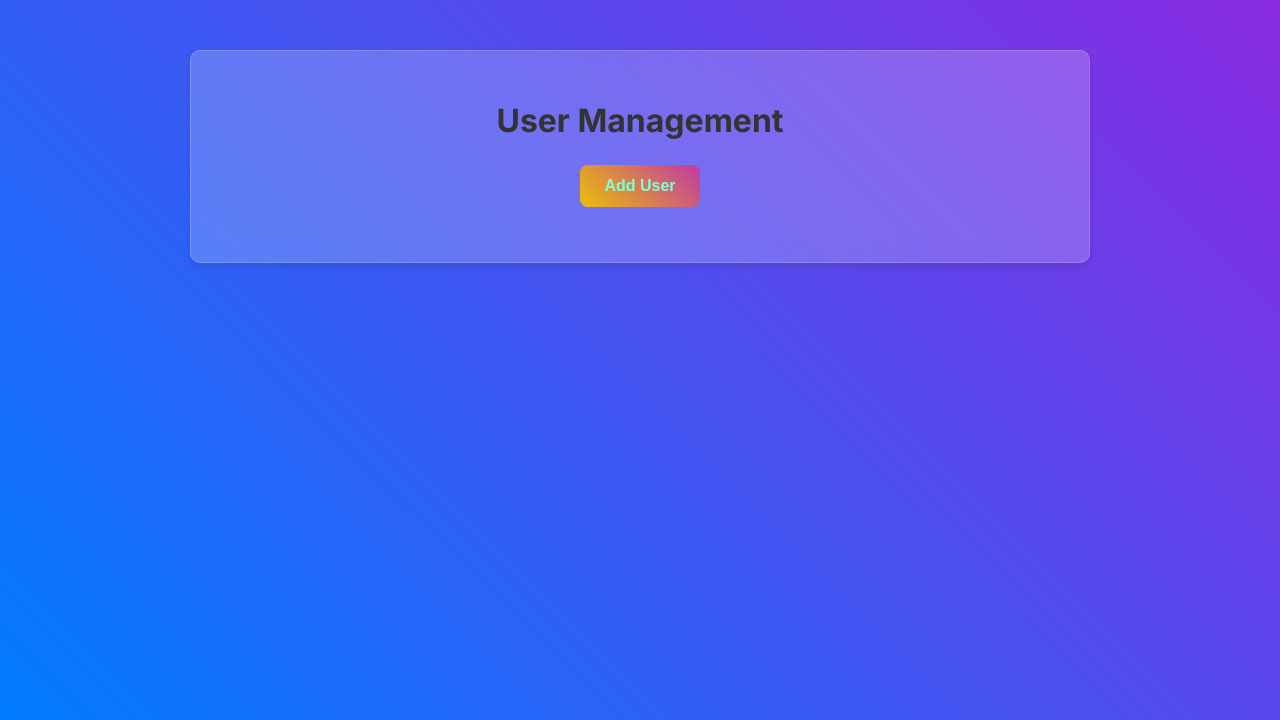
Repository: EeeeeEyyyy/crud-proj
Page: /
An editor plug-in stored every save of this project. The page is shown before and after the next save, followed by the edit.
The browser window is 1280 px wide. The pictures show the whole page.
The page's requests for data from a server got no answer. The project was rebuilt for these pictures with package versions that can differ from the ones it lists, and the page was loaded fresh each time. The framework's server and built-in components were replaced by stand-ins that run in the browser. No one was signed in, and anything a server would have sent is missing. Also part of the build but not shown: next.config.mjs.

Above is the page before, as saved 2024-06-25 08:42:53.

After the next save:
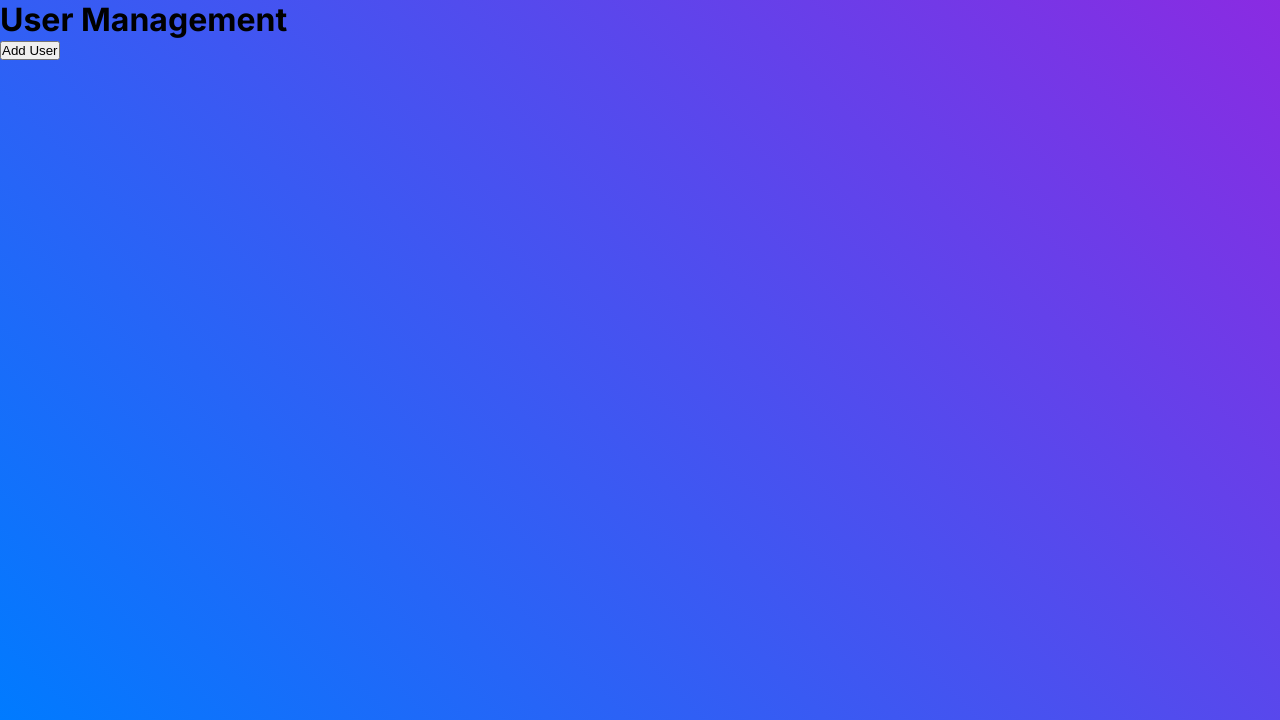
Saved 93 s later.
--- a/src/app/globals.css
+++ b/src/app/globals.css
@@ -17,6 +17,11 @@
   padding: 0;
   font-family: Arial, sans-serif;
 }
+        @font-face {
+            font-family: 'Waltograph';
+            src: url('fonts/Waltograph-Regular.ttf') format('truetype');
+            font-weight: normal;
+            font-style: normal;
 a {
   color: inherit;
   text-decoration: none;

After the save that followed:
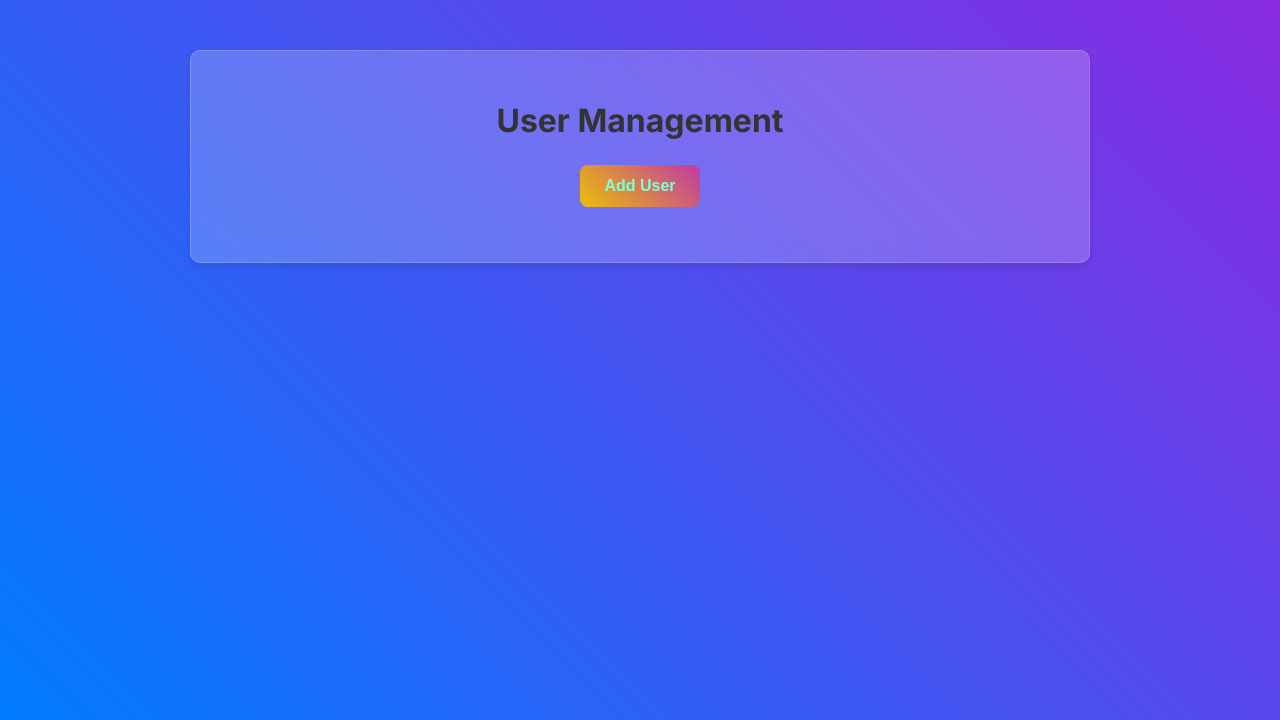
Saved 7 s later.
--- a/src/app/globals.css
+++ b/src/app/globals.css
@@ -17,11 +17,12 @@
   padding: 0;
   font-family: Arial, sans-serif;
 }
-        @font-face {
-            font-family: 'Waltograph';
-            src: url('fonts/Waltograph-Regular.ttf') format('truetype');
-            font-weight: normal;
-            font-style: normal;
+@font-face {
+  font-family: "Waltograph";
+  src: url("fonts/Waltograph-Regular.ttf") format("truetype");
+  font-weight: normal;
+  font-style: normal;
+}
 a {
   color: inherit;
   text-decoration: none;
